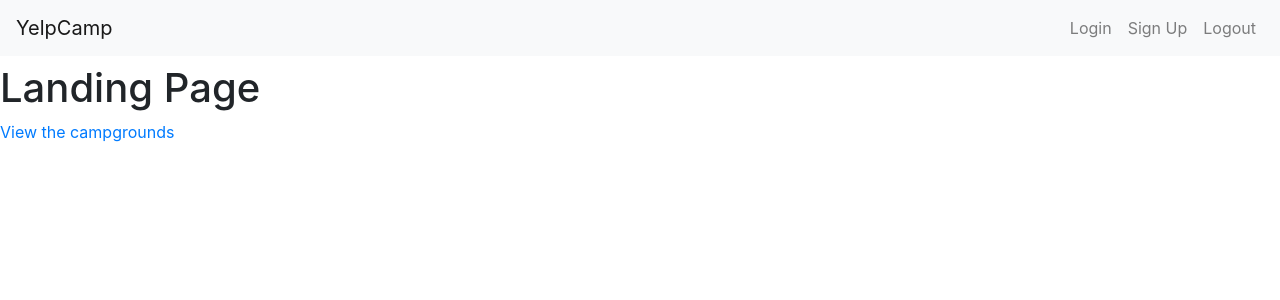
Repository: bosicheng/yelpcamp-project
Page: http://localhost/
The author's editor kept a record of every edit. The page is drawn from the files as they stood at one moment, then again after the next edit.
The browser window is 1280 px wide. The pictures show the whole page.
Some web libraries are served in a nearby version. The page is served by the project's Node server (YelpCamp/v6/app.js).

Above is the page before.
Console error (its wording comes from the project's code and is left out).

After the next edit:
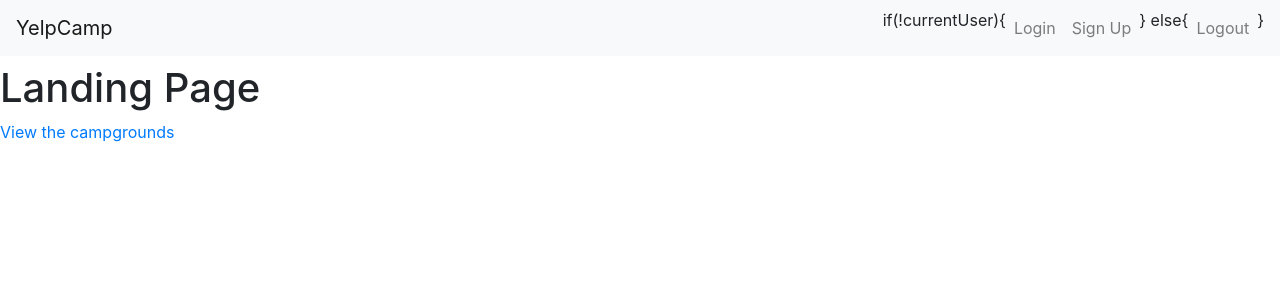
The edit:
--- a/YelpCamp/v6/views/partials/header.ejs
+++ b/YelpCamp/v6/views/partials/header.ejs
@@ -16,17 +16,21 @@
           </button>
           <div class="collapse navbar-collapse" id="navbarTogglerDemo01">
             <ul class="navbar-nav ml-auto mt-2 mt-lg-0">
-
-              <li class="nav-item">
-                <a class="nav-link" href="/login">Login</a>
-              </li>
-              <li class="nav-item">
-                <a class="nav-link" href="/register">Sign Up</a>
-              </li>
-              <li class="nav-item">
-                <a class="nav-link" href="/logout">Logout</a>
-              </li>
-
+              <!--其实这里实现的功能基本类似于v-if，*ng-if-->
+              <!--req.user是当前登录的用户信息，用currentUser传到当前页面-->
+              if(!currentUser){
+                <li class="nav-item">
+                  <a class="nav-link" href="/login">Login</a>
+                </li>
+                <li class="nav-item">
+                  <a class="nav-link" href="/register">Sign Up</a>
+                </li>
+              }
+              else{
+                <li class="nav-item">
+                  <a class="nav-link" href="/logout">Logout</a>
+                </li>
+              }
             </ul>
           </div>
         </nav>
